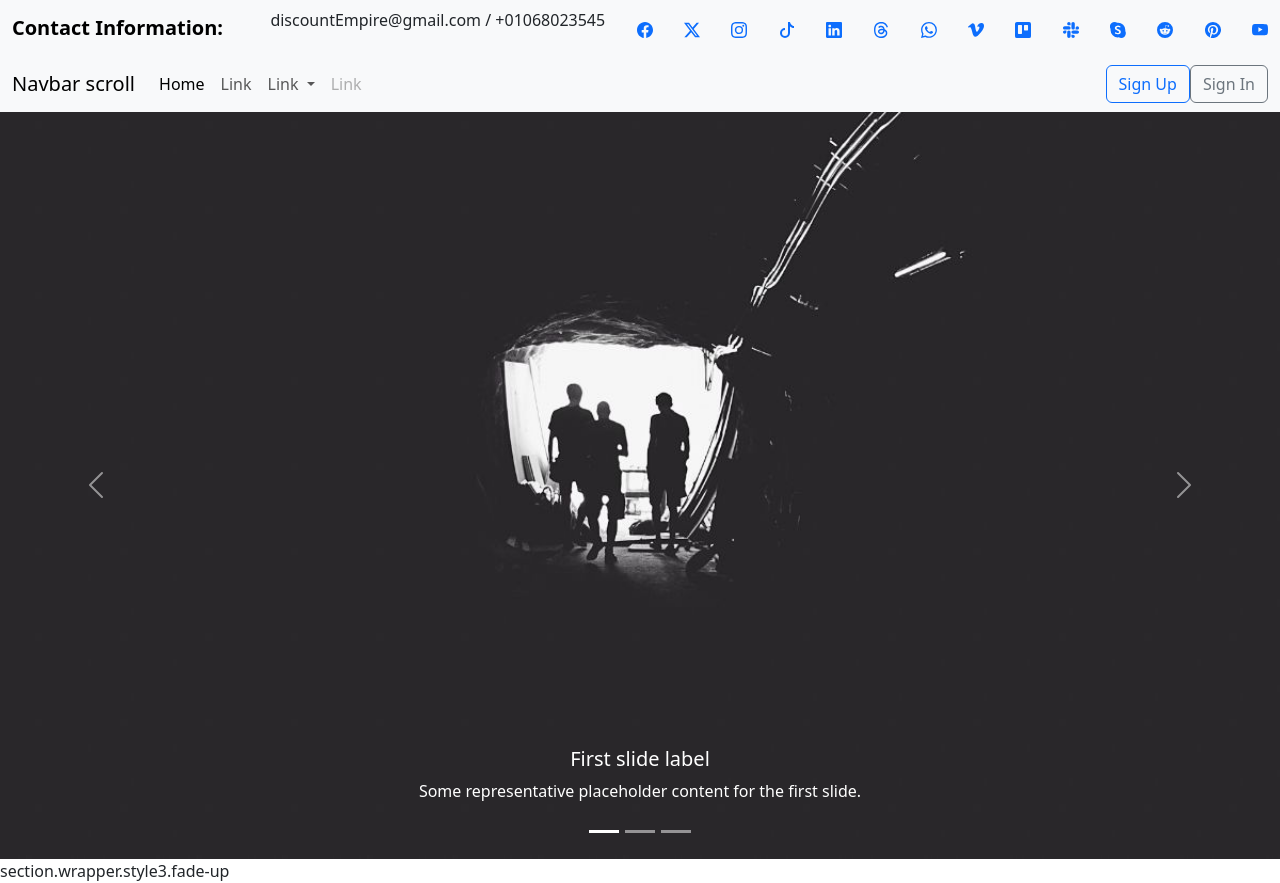
Repository: HaziimYassien/The-Discount-Empire
Page: index.html
The author's editor kept a copy of each file at every save. The page is drawn from the files as they stood at one save, then again after a run of saves.
The browser window is 1280 px wide. The pictures show the whole page.

Above is the page before, as saved 2024-01-24 18:25:35.

### index.html
<!DOCTYPE html>
<html lang="en">
  <head>
    <meta charset="UTF-8" />
    <meta name="viewport" content="width=device-width, initial-scale=1.0" />
<link href="https://cdn.jsdelivr.net/npm/bootstrap@5.3.2/dist/css/bootstrap.min.css" rel="stylesheet" integrity="sha384-T3c6CoIi6uLrA9TneNEoa7RxnatzjcDSCmG1MXxSR1GAsXEV/Dwwykc2MPK8M2HN" crossorigin="anonymous">
<script src="https://cdn.jsdelivr.net/npm/bootstrap@5.3.2/dist/js/bootstrap.bundle.min.js" integrity="sha384-C6RzsynM9kWDrMNeT87bh95OGNyZPhcTNXj1NW7RuBCsyN/o0jlpcV8Qyq46cDfL" crossorigin="anonymous"></script>

    <title>Document</title>
  </head>
  <body>
    <!-- START _SocialMediaBar -->
<nav class="h-auto navbar sticky-top navbar-light bg-light">
  <div class="h-1 container-fluid">
    <strong class="mb-0 navbar-brand" href="#">Contact Information:  </strong>
    <p>discountEmpire@gmail.com / +01068023545</p>
    <a href="#">
 <svg xmlns="http://www.w3.org/2000/svg" width="16" height="16" fill="currentColor" class="bi bi-facebook" viewBox="0 0 16 16">
  <path d="M16 8.049c0-4.446-3.582-8.05-8-8.05C3.58 0-.002 3.603-.002 8.05c0 4.017 2.926 7.347 6.75 7.951v-5.625h-2.03V8.05H6.75V6.275c0-2.017 1.195-3.131 3.022-3.131.876 0 1.791.157 1.791.157v1.98h-1.009c-.993 0-1.303.621-1.303 1.258v1.51h2.218l-.354 2.326H9.25V16c3.824-.604 6.75-3.934 6.75-7.951"/>
</svg>
    </a>

    <a href="#">
<svg xmlns="http://www.w3.org/2000/svg" width="16" height="16" fill="currentColor" class="bi bi-twitter-x" viewBox="0 0 16 16">
  <path d="M12.6.75h2.454l-5.36 6.142L16 15.25h-4.937l-3.867-5.07-4.425 5.07H.316l5.733-6.57L0 .75h5.063l3.495 4.633L12.601.75Zm-.86 13.028h1.36L4.323 2.145H2.865z"/>
</svg>
</a>
<a href="#">
<svg xmlns="http://www.w3.org/2000/svg" width="16" height="16" fill="currentColor" class="bi bi-instagram" viewBox="0 0 16 16">
  <path d="M8 0C5.829 0 5.556.01 4.703.048 3.85.088 3.269.222 2.76.42a3.9 3.9 0 0 0-1.417.923A3.9 3.9 0 0 0 .42 2.76C.222 3.268.087 3.85.048 4.7.01 5.555 0 5.827 0 8.001c0 2.172.01 2.444.048 3.297.04.852.174 1.433.372 1.942.205.526.478.972.923 1.417.444.445.89.719 1.416.923.51.198 1.09.333 1.942.372C5.555 15.99 5.827 16 8 16s2.444-.01 3.298-.048c.851-.04 1.434-.174 1.943-.372a3.9 3.9 0 0 0 1.416-.923c.445-.445.718-.891.923-1.417.197-.509.332-1.09.372-1.942C15.99 10.445 16 10.173 16 8s-.01-2.445-.048-3.299c-.04-.851-.175-1.433-.372-1.941a3.9 3.9 0 0 0-.923-1.417A3.9 3.9 0 0 0 13.24.42c-.51-.198-1.092-.333-1.943-.372C10.443.01 10.172 0 7.998 0zm-.717 1.442h.718c2.136 0 2.389.007 3.232.046.78.035 1.204.166 1.486.275.373.145.64.319.92.599s.453.546.598.92c.11.281.24.705.275 1.485.039.843.047 1.096.047 3.231s-.008 2.389-.047 3.232c-.035.78-.166 1.203-.275 1.485a2.5 2.5 0 0 1-.599.919c-.28.28-.546.453-.92.598-.28.11-.704.24-1.485.276-.843.038-1.096.047-3.232.047s-2.39-.009-3.233-.047c-.78-.036-1.203-.166-1.485-.276a2.5 2.5 0 0 1-.92-.598 2.5 2.5 0 0 1-.6-.92c-.109-.281-.24-.705-.275-1.485-.038-.843-.046-1.096-.046-3.233s.008-2.388.046-3.231c.036-.78.166-1.204.276-1.486.145-.373.319-.64.599-.92s.546-.453.92-.598c.282-.11.705-.24 1.485-.276.738-.034 1.024-.044 2.515-.045zm4.988 1.328a.96.96 0 1 0 0 1.92.96.96 0 0 0 0-1.92m-4.27 1.122a4.109 4.109 0 1 0 0 8.217 4.109 4.109 0 0 0 0-8.217m0 1.441a2.667 2.667 0 1 1 0 5.334 2.667 2.667 0 0 1 0-5.334"/>
</svg>
</a>
<a href="#">
<svg xmlns="http://www.w3.org/2000/svg" width="16" height="16" fill="currentColor" class="bi bi-tiktok" viewBox="0 0 16 16">
  <path d="M9 0h1.98c.144.715.54 1.617 1.235 2.512C12.895 3.389 13.797 4 15 4v2c-1.753 0-3.07-.814-4-1.829V11a5 5 0 1 1-5-5v2a3 3 0 1 0 3 3z"/>
</svg>
</a>
<a href="#">
<svg xmlns="http://www.w3.org/2000/svg" width="16" height="16" fill="currentColor" class="bi bi-linkedin" viewBox="0 0 16 16">
  <path d="M0 1.146C0 .513.526 0 1.175 0h13.65C15.474 0 16 .513 16 1.146v13.708c0 .633-.526 1.146-1.175 1.146H1.175C.526 16 0 15.487 0 14.854zm4.943 12.248V6.169H2.542v7.225zm-1.2-8.212c.837 0 1.358-.554 1.358-1.248-.015-.709-.52-1.248-1.342-1.248S2.4 3.226 2.4 3.934c0 .694.521 1.248 1.327 1.248zm4.908 8.212V9.359c0-.216.016-.432.08-.586.173-.431.568-.878 1.232-.878.869 0 1.216.662 1.216 1.634v3.865h2.401V9.25c0-2.22-1.184-3.252-2.764-3.252-1.274 0-1.845.7-2.165 1.193v.025h-.016l.016-.025V6.169h-2.4c.03.678 0 7.225 0 7.225z"/>
</svg>
</a>
<a href="#">
<svg xmlns="http://www.w3.org/2000/svg" width="16" height="16" fill="currentColor" class="bi bi-threads" viewBox="0 0 16 16">
  <path d="M6.321 6.016c-.27-.18-1.166-.802-1.166-.802.756-1.081 1.753-1.502 3.132-1.502.975 0 1.803.327 2.394.948s.928 1.509 1.005 2.644q.492.207.905.484c1.109.745 1.719 1.86 1.719 3.137 0 2.716-2.226 5.075-6.256 5.075C4.594 16 1 13.987 1 7.994 1 2.034 4.482 0 8.044 0 9.69 0 13.55.243 15 5.036l-1.36.353C12.516 1.974 10.163 1.43 8.006 1.43c-3.565 0-5.582 2.171-5.582 6.79 0 4.143 2.254 6.343 5.63 6.343 2.777 0 4.847-1.443 4.847-3.556 0-1.438-1.208-2.127-1.27-2.127-.236 1.234-.868 3.31-3.644 3.31-1.618 0-3.013-1.118-3.013-2.582 0-2.09 1.984-2.847 3.55-2.847.586 0 1.294.04 1.663.114 0-.637-.54-1.728-1.9-1.728-1.25 0-1.566.405-1.967.868ZM8.716 8.19c-2.04 0-2.304.87-2.304 1.416 0 .878 1.043 1.168 1.6 1.168 1.02 0 2.067-.282 2.232-2.423a6.2 6.2 0 0 0-1.528-.161"/>
</svg>
</a>
<a href="#">
<svg xmlns="http://www.w3.org/2000/svg" width="16" height="16" fill="currentColor" class="bi bi-whatsapp" viewBox="0 0 16 16">
  <path d="M13.601 2.326A7.85 7.85 0 0 0 7.994 0C3.627 0 .068 3.558.064 7.926c0 1.399.366 2.76 1.057 3.965L0 16l4.204-1.102a7.9 7.9 0 0 0 3.79.965h.004c4.368 0 7.926-3.558 7.93-7.93A7.9 7.9 0 0 0 13.6 2.326zM7.994 14.521a6.6 6.6 0 0 1-3.356-.92l-.24-.144-2.494.654.666-2.433-.156-.251a6.56 6.56 0 0 1-1.007-3.505c0-3.626 2.957-6.584 6.591-6.584a6.56 6.56 0 0 1 4.66 1.931 6.56 6.56 0 0 1 1.928 4.66c-.004 3.639-2.961 6.592-6.592 6.592m3.615-4.934c-.197-.099-1.17-.578-1.353-.646-.182-.065-.315-.099-.445.099-.133.197-.513.646-.627.775-.114.133-.232.148-.43.05-.197-.1-.836-.308-1.592-.985-.59-.525-.985-1.175-1.103-1.372-.114-.198-.011-.304.088-.403.087-.088.197-.232.296-.346.1-.114.133-.198.198-.33.065-.134.034-.248-.015-.347-.05-.099-.445-1.076-.612-1.47-.16-.389-.323-.335-.445-.34-.114-.007-.247-.007-.38-.007a.73.73 0 0 0-.529.247c-.182.198-.691.677-.691 1.654s.71 1.916.81 2.049c.098.133 1.394 2.132 3.383 2.992.47.205.84.326 1.129.418.475.152.904.129 1.246.08.38-.058 1.171-.48 1.338-.943.164-.464.164-.86.114-.943-.049-.084-.182-.133-.38-.232"/>
</svg>
</a>
<a href="#">
<svg xmlns="http://www.w3.org/2000/svg" width="16" height="16" fill="currentColor" class="bi bi-vimeo" viewBox="0 0 16 16">
  <path d="M15.992 4.204q-.106 2.334-3.262 6.393-3.263 4.243-5.522 4.243-1.4 0-2.367-2.583L3.55 7.523Q2.83 4.939 2.007 4.94q-.178.001-1.254.754L0 4.724a210 210 0 0 0 2.334-2.081q1.581-1.364 2.373-1.437 1.865-.185 2.298 2.553.466 2.952.646 3.666.54 2.447 1.186 2.445.5 0 1.508-1.587 1.006-1.587 1.077-2.415.144-1.37-1.077-1.37a3 3 0 0 0-1.185.261q1.183-3.86 4.508-3.756 2.466.075 2.324 3.2z"/>
</svg>
</a>
<a href="#">
<svg xmlns="http://www.w3.org/2000/svg" width="16" height="16" fill="currentColor" class="bi bi-trello" viewBox="0 0 16 16">
  <path d="M14.1 0H1.903C.852 0 .002.85 0 1.9v12.19A1.9 1.9 0 0 0 1.902 16h12.199A1.9 1.9 0 0 0 16 14.09V1.9A1.9 1.9 0 0 0 14.1 0M7 11.367a.636.636 0 0 1-.64.633H3.593a.633.633 0 0 1-.63-.633V3.583c0-.348.281-.631.63-.633h2.765c.35.002.632.284.633.633zm6.052-3.5a.633.633 0 0 1-.64.633h-2.78A.636.636 0 0 1 9 7.867V3.583a.636.636 0 0 1 .633-.633h2.778c.35.002.631.285.631.633z"/>
</svg>
</a>
<a href="#">
<svg xmlns="http://www.w3.org/2000/svg" width="16" height="16" fill="currentColor" class="bi bi-slack" viewBox="0 0 16 16">
  <path d="M3.362 10.11c0 .926-.756 1.681-1.681 1.681S0 11.036 0 10.111.756 8.43 1.68 8.43h1.682zm.846 0c0-.924.756-1.68 1.681-1.68s1.681.756 1.681 1.68v4.21c0 .924-.756 1.68-1.68 1.68a1.685 1.685 0 0 1-1.682-1.68zM5.89 3.362c-.926 0-1.682-.756-1.682-1.681S4.964 0 5.89 0s1.68.756 1.68 1.68v1.682zm0 .846c.924 0 1.68.756 1.68 1.681S6.814 7.57 5.89 7.57H1.68C.757 7.57 0 6.814 0 5.89c0-.926.756-1.682 1.68-1.682zm6.749 1.682c0-.926.755-1.682 1.68-1.682S16 4.964 16 5.889s-.756 1.681-1.68 1.681h-1.681zm-.848 0c0 .924-.755 1.68-1.68 1.68A1.685 1.685 0 0 1 8.43 5.89V1.68C8.43.757 9.186 0 10.11 0c.926 0 1.681.756 1.681 1.68zm-1.681 6.748c.926 0 1.682.756 1.682 1.681S11.036 16 10.11 16s-1.681-.756-1.681-1.68v-1.682h1.68zm0-.847c-.924 0-1.68-.755-1.68-1.68s.756-1.681 1.68-1.681h4.21c.924 0 1.68.756 1.68 1.68 0 .926-.756 1.681-1.68 1.681z"/>
</svg>
</a>
<a href="#">
<svg xmlns="http://www.w3.org/2000/svg" width="16" height="16" fill="currentColor" class="bi bi-skype" viewBox="0 0 16 16">
  <path d="M4.671 0c.88 0 1.733.247 2.468.702a7.42 7.42 0 0 1 6.02 2.118 7.37 7.37 0 0 1 2.167 5.215q0 .517-.072 1.026a4.66 4.66 0 0 1 .6 2.281 4.64 4.64 0 0 1-1.37 3.294A4.67 4.67 0 0 1 11.18 16c-.84 0-1.658-.226-2.37-.644a7.42 7.42 0 0 1-6.114-2.107A7.37 7.37 0 0 1 .529 8.035q0-.545.08-1.081a4.644 4.644 0 0 1 .76-5.59A4.68 4.68 0 0 1 4.67 0zm.447 7.01c.18.309.43.572.729.769a7 7 0 0 0 1.257.653q.737.308 1.145.523c.229.112.437.264.615.448.135.142.21.331.21.528a.87.87 0 0 1-.335.723c-.291.196-.64.289-.99.264a2.6 2.6 0 0 1-1.048-.206 11 11 0 0 1-.532-.253 1.3 1.3 0 0 0-.587-.15.72.72 0 0 0-.501.176.63.63 0 0 0-.195.491.8.8 0 0 0 .148.482 1.2 1.2 0 0 0 .456.354 5.1 5.1 0 0 0 2.212.419 4.6 4.6 0 0 0 1.624-.265 2.3 2.3 0 0 0 1.08-.801c.267-.39.402-.855.386-1.327a2.1 2.1 0 0 0-.279-1.101 2.5 2.5 0 0 0-.772-.792A7 7 0 0 0 8.486 7.3a1 1 0 0 0-.145-.058 18 18 0 0 1-1.013-.447 1.8 1.8 0 0 1-.54-.387.73.73 0 0 1-.2-.508.8.8 0 0 1 .385-.723 1.76 1.76 0 0 1 .968-.247c.26-.003.52.03.772.096q.412.119.802.293c.105.049.22.075.336.076a.6.6 0 0 0 .453-.19.7.7 0 0 0 .18-.496.72.72 0 0 0-.17-.476 1.4 1.4 0 0 0-.556-.354 3.7 3.7 0 0 0-.708-.183 6 6 0 0 0-1.022-.078 4.5 4.5 0 0 0-1.536.258 2.7 2.7 0 0 0-1.174.784 1.9 1.9 0 0 0-.45 1.287c-.01.37.076.736.25 1.063"/>
</svg>
</a>
<a href="#">
<svg xmlns="http://www.w3.org/2000/svg" width="16" height="16" fill="currentColor" class="bi bi-reddit" viewBox="0 0 16 16">
  <path d="M6.167 8a.83.83 0 0 0-.83.83c0 .459.372.84.83.831a.831.831 0 0 0 0-1.661m1.843 3.647c.315 0 1.403-.038 1.976-.611a.23.23 0 0 0 0-.306.213.213 0 0 0-.306 0c-.353.363-1.126.487-1.67.487-.545 0-1.308-.124-1.671-.487a.213.213 0 0 0-.306 0 .213.213 0 0 0 0 .306c.564.563 1.652.61 1.977.61zm.992-2.807c0 .458.373.83.831.83s.83-.381.83-.83a.831.831 0 0 0-1.66 0z"/>
  <path d="M16 8A8 8 0 1 1 0 8a8 8 0 0 1 16 0m-3.828-1.165c-.315 0-.602.124-.812.325-.801-.573-1.9-.945-3.121-.993l.534-2.501 1.738.372a.83.83 0 1 0 .83-.869.83.83 0 0 0-.744.468l-1.938-.41a.2.2 0 0 0-.153.028.2.2 0 0 0-.086.134l-.592 2.788c-1.24.038-2.358.41-3.17.992-.21-.2-.496-.324-.81-.324a1.163 1.163 0 0 0-.478 2.224q-.03.17-.029.353c0 1.795 2.091 3.256 4.669 3.256s4.668-1.451 4.668-3.256c0-.114-.01-.238-.029-.353.401-.181.688-.592.688-1.069 0-.65-.525-1.165-1.165-1.165"/>
</svg>
</a>
<a href="#">
<svg xmlns="http://www.w3.org/2000/svg" width="16" height="16" fill="currentColor" class="bi bi-pinterest" viewBox="0 0 16 16">
  <path d="M8 0a8 8 0 0 0-2.915 15.452c-.07-.633-.134-1.606.027-2.297.146-.625.938-3.977.938-3.977s-.239-.479-.239-1.187c0-1.113.645-1.943 1.448-1.943.682 0 1.012.512 1.012 1.127 0 .686-.437 1.712-.663 2.663-.188.796.4 1.446 1.185 1.446 1.422 0 2.515-1.5 2.515-3.664 0-1.915-1.377-3.254-3.342-3.254-2.276 0-3.612 1.707-3.612 3.471 0 .688.265 1.425.595 1.826a.24.24 0 0 1 .056.23c-.061.252-.196.796-.222.907-.035.146-.116.177-.268.107-1-.465-1.624-1.926-1.624-3.1 0-2.523 1.834-4.84 5.286-4.84 2.775 0 4.932 1.977 4.932 4.62 0 2.757-1.739 4.976-4.151 4.976-.811 0-1.573-.421-1.834-.919l-.498 1.902c-.181.695-.669 1.566-.995 2.097A8 8 0 1 0 8 0"/>
</svg>
</a>
<a href="#">
<svg xmlns="http://www.w3.org/2000/svg" width="16" height="16" fill="currentColor" class="bi bi-youtube" viewBox="0 0 16 16">
  <path d="M8.051 1.999h.089c.822.003 4.987.033 6.11.335a2.01 2.01 0 0 1 1.415 1.42c.101.38.172.883.22 1.402l.01.104.022.26.008.104c.065.914.073 1.77.074 1.957v.075c-.001.194-.01 1.108-.082 2.06l-.008.105-.009.104c-.05.572-.124 1.14-.235 1.558a2.01 2.01 0 0 1-1.415 1.42c-1.16.312-5.569.334-6.18.335h-.142c-.309 0-1.587-.006-2.927-.052l-.17-.006-.087-.004-.171-.007-.171-.007c-1.11-.049-2.167-.128-2.654-.26a2.01 2.01 0 0 1-1.415-1.419c-.111-.417-.185-.986-.235-1.558L.09 9.82l-.008-.104A31 31 0 0 1 0 7.68v-.123c.002-.215.01-.958.064-1.778l.007-.103.003-.052.008-.104.022-.26.01-.104c.048-.519.119-1.023.22-1.402a2.01 2.01 0 0 1 1.415-1.42c.487-.13 1.544-.21 2.654-.26l.17-.007.172-.006.086-.003.171-.007A100 100 0 0 1 7.858 2zM6.4 5.209v4.818l4.157-2.408z"/>
</svg>
</a>
  </div>
</nav>
    <!-- END _SocialMediaBar -->
    <!-- START _NavBar -->
    <nav class="navbar navbar-expand-lg navbar-light bg-light sticky-top">
      <div class="container-fluid">
        <a class="navbar-brand" href="#">Navbar scroll</a>
        <button
          class="navbar-toggler"
          type="button"
          data-bs-toggle="collapse"
          data-bs-target="#navbarScroll"
          aria-controls="navbarScroll"
          aria-expanded="false"
          aria-label="Toggle navigation"
        >
          <span class="navbar-toggler-icon"></span>
        </button>
        <div class="collapse navbar-collapse" id="navbarScroll">
          <ul
            class="navbar-nav me-auto my-2 my-lg-0 navbar-nav-scroll"
            style="--bs-scroll-height: 100px"
          >
            <li class="nav-item">
              <a class="nav-link active" aria-current="page" href="#">Home</a>
            </li>
            <li class="nav-item">
              <a class="nav-link" href="#">Link</a>
            </li>
            <li class="nav-item dropdown">
              <a
                class="nav-link dropdown-toggle"
                href="#"
                id="navbarScrollingDropdown"
                role="button"
                data-bs-toggle="dropdown"
                aria-expanded="false"
              >
                Link
              </a>
              <ul
                class="dropdown-menu"
                aria-labelledby="navbarScrollingDropdown"
              >
                <li><a class="dropdown-item" href="#">Action</a></li>
                <li><a class="dropdown-item" href="#">Another action</a></li>
                <li><hr class="dropdown-divider" /></li>
                <li>
                  <a class="dropdown-item" href="#">Something else here</a>
                </li>
              </ul>
            </li>
            <li class="nav-item">
              <a
                class="nav-link disabled"
                href="#"
                tabindex="-1"
                aria-disabled="true"
                >Link</a
              >
            </li>
          </ul>

            <button class="btn btn-outline-primary" type="#">
              Sign Up
            </button>
              <button class="btn btn-outline-secondary" type="#">
              Sign In
            </button>
          </form>
        </div>
      </div>
    </nav>
    <!-- END _NavBar -->


    <!-- START _Gallery -->

<div id="carouselExampleDark" class="carousel carousel-light slide" data-bs-ride="carousel">
  <div class="carousel-indicators">
    <button type="button" data-bs-target="#carouselExampleDark" data-bs-slide-to="0" class="active" aria-current="true" aria-label="Slide 1"></button>
    <button type="button" data-bs-target="#carouselExampleDark" data-bs-slide-to="1" aria-label="Slide 2"></button>
    <button type="button" data-bs-target="#carouselExampleDark" data-bs-slide-to="2" aria-label="Slide 3"></button>
  </div>
  <div class="carousel-inner">
    <div class="carousel-item active" data-bs-interval="10000">
      <img src="/img/la.jpg" class="d-block w-100" alt="...">
      <div class="carousel-caption d-none d-md-block">
        <h5>First slide label</h5>
        <p>Some representative placeholder content for the first slide.</p>
      </div>
    </div>
    <div class="carousel-item" data-bs-interval="2000">
      <img src="/img/la.jpg" class="d-block w-100" alt="...">
      <div class="carousel-caption d-none d-md-block">
        <h5>Second slide label</h5>
        <p>Some representative placeholder content for the second slide.</p>
      </div>
    </div>
    <div class="carousel-item">
      <img src="/img/la.jpg" class="d-block w-100" alt="...">
      <div class="carousel-caption d-none d-md-block">
        <h5>Third slide label</h5>
        <p>Some representative placeholder content for the third slide.</p>
      </div>
    </div>
  </div>
  <button class="carousel-control-prev" type="button" data-bs-target="#carouselExampleDark" data-bs-slide="prev">
    <span class="carousel-control-prev-icon" aria-hidden="true"></span>
    <span class="visually-hidden">Previous</span>
  </button>
  <button class="carousel-control-next" type="button" data-bs-target="#carouselExampleDark" data-bs-slide="next">
    <span class="carousel-control-next-icon" aria-hidden="true"></span>
    <span class="visually-hidden">Next</span>
  </button>
</div>
    <!-- END _Gallery -->



    <!-- START _Services -->


    section.wrapper.style3.fade-up
    <!-- END _Services -->
  </body>
</html>

After the next 8 saves:
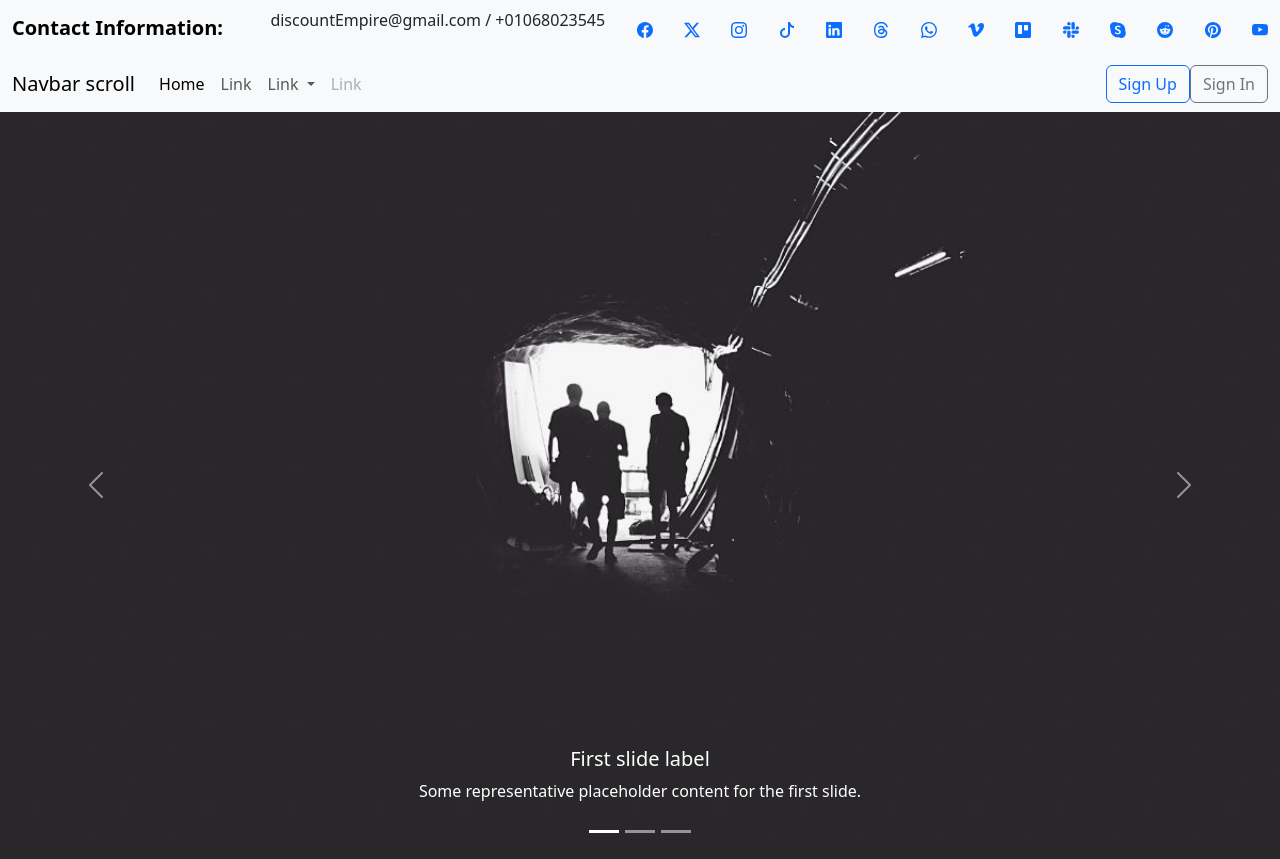
The 8 saves are shown as one change because they came seconds apart.
The last was saved 24 s later.
--- a/index.html
+++ b/index.html
@@ -208,8 +208,6 @@
 
     <!-- START _Services -->
 
-
-    section.wrapper.style3.fade-up
     <!-- END _Services -->
   </body>
 </html>
